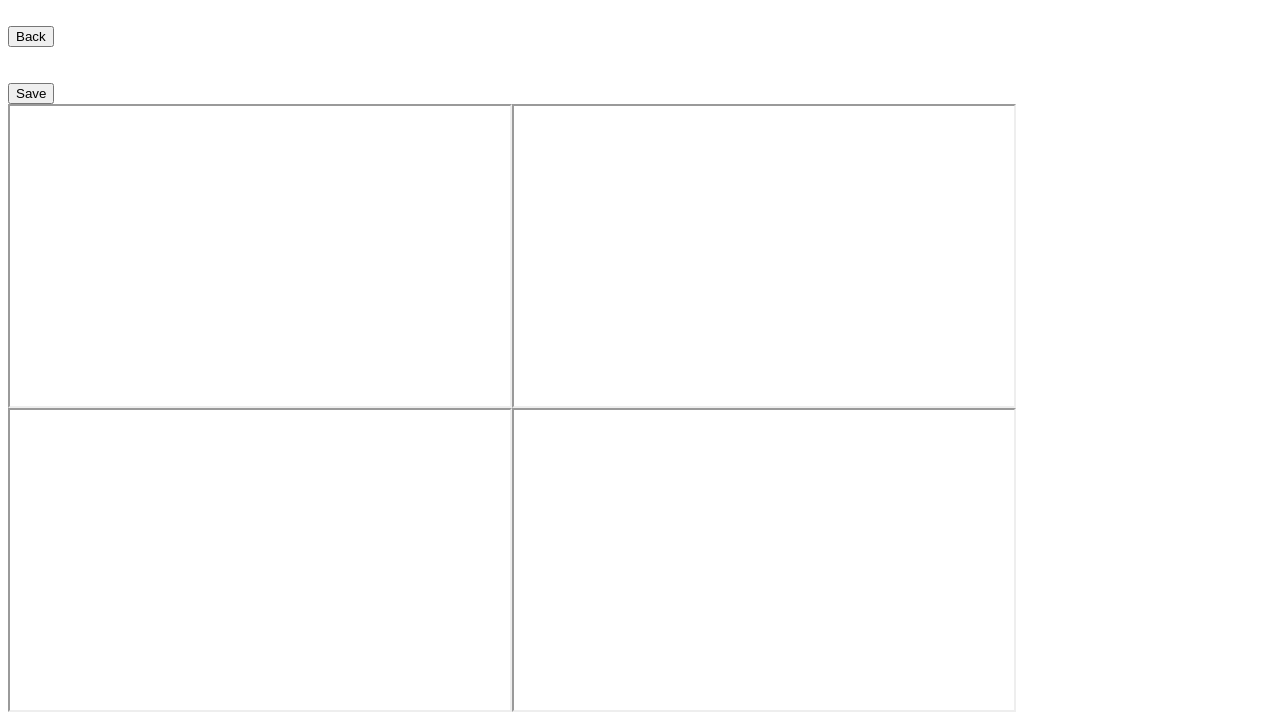
Repository: jamodi/git-tutorial
Page: http://localhost/com.sd.service1/customization1.jsp
An editor plug-in stored every save of this project. The page is shown before and after the next save, followed by the edit.
The browser window is 1280 px wide. The pictures show the whole page.
The page is served by Tomcat 9.

Above is the page before, as saved 2014-05-02 23:07:06.

After the next save:
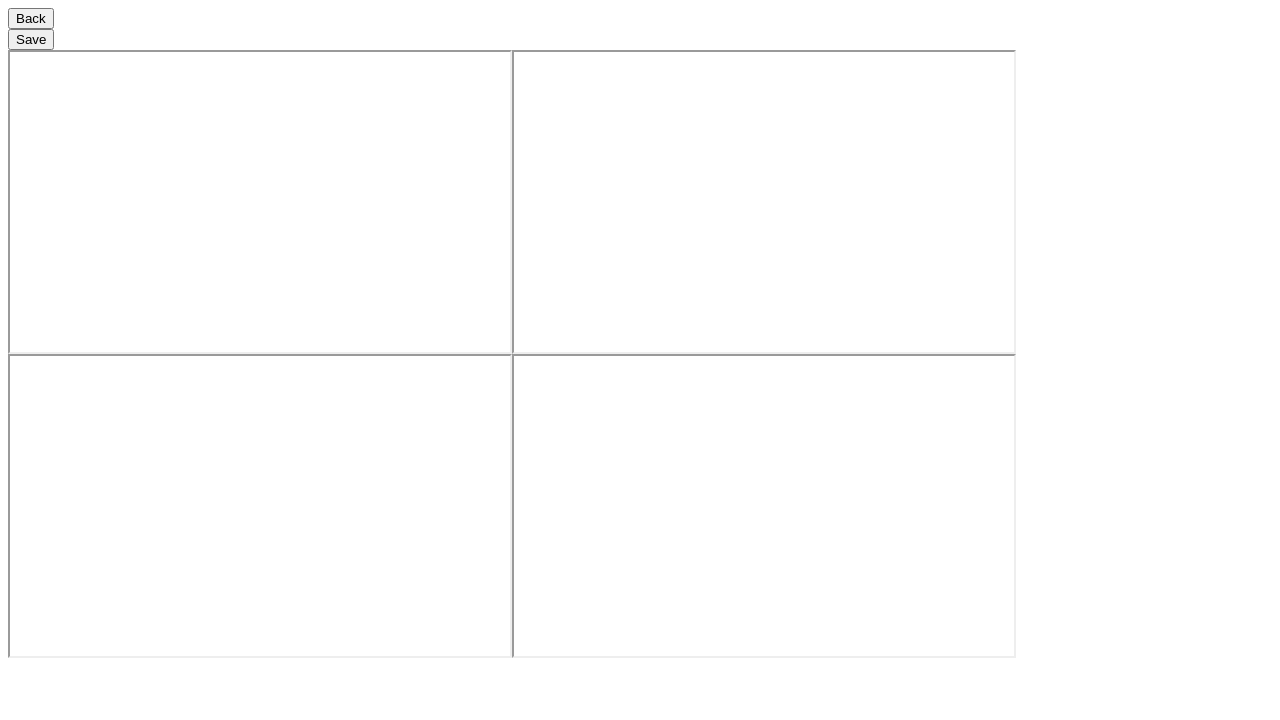
Saved 70 s later.
--- a/SD Project/com.sd.service1/WebContent/customization1.jsp
+++ b/SD Project/com.sd.service1/WebContent/customization1.jsp
@@ -13,7 +13,7 @@
 
 	<form name=TemperatureConversion method="POST"
 		action="/com.sd.service1/workflow.jsp">
-		<br> <input type="submit" value="Back">
+		 <input type="submit" value="Back"><br>
 	</form>
 	<form name=TemperatureConversion method="POST"
 		action="/com.sd.service1/saveService.jsp">
@@ -22,11 +22,11 @@
 		<input type="hidden" name="id1" value="${param.temp1}"> <input
 			type="hidden" name="id2" value="${param.temp2}"> <input
 			type="hidden" name="id3" value="${param.temp3}"> <input
-			type="hidden" name="id4" value="${param.temp4}"> <br>
+			type="hidden" name="id4" value="${param.temp4}">
 			 <input type="hidden" name="color1" value="${param.colorMenu1}"> <input
 			type="hidden" name="color2" value="${param.colorMenu2}"> <input
 			type="hidden" name="color3" value="${param.colorMenu3}"> <input
-			type="hidden" name="color4" value="${param.colorMenu4}"> <br>
+			type="hidden" name="color4" value="${param.colorMenu4}">
 		<input type="submit" value="Save"><br>
 	</form>
 	<c:set var="service1" scope="session" value="${param.temp1}" />
